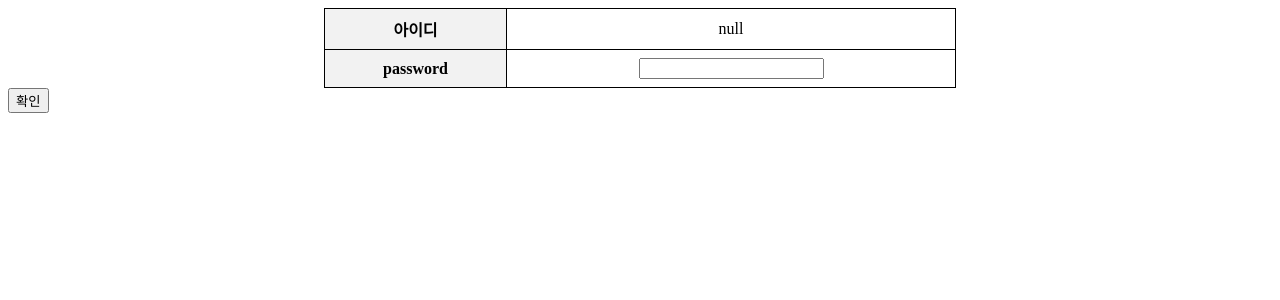
Repository: 2JISUN/hta-lecture-basic
Page: http://localhost/jsp03/info.jsp
An editor plug-in stored every save of this project. The page is shown before and after the next save, followed by the edit.
The browser window is 1280 px wide. The pictures show the whole page.
The page is served by Tomcat 10. Queries for data that is not in the repository find no rows.

Above is the page before, as saved 2023-09-15 05:55:22.

After the next save:
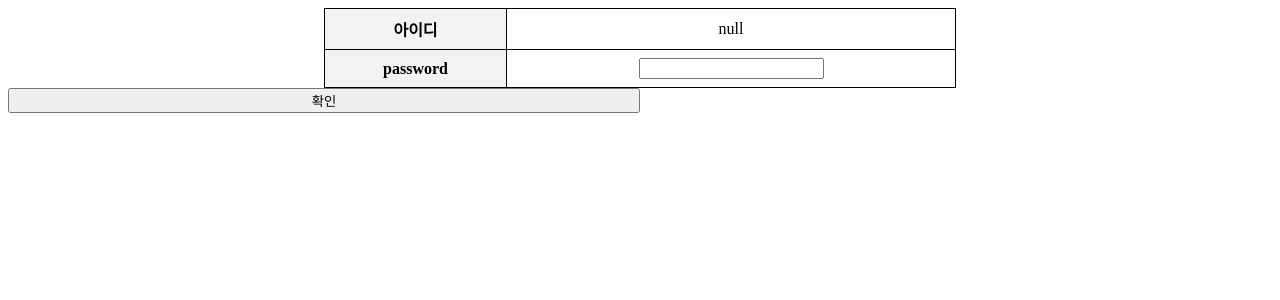
Saved 13 min 15 s later.
--- a/jsp-lecture/jsp03/src/main/webapp/info.jsp
+++ b/jsp-lecture/jsp03/src/main/webapp/info.jsp
@@ -57,6 +57,10 @@
         th {
             background-color: #f2f2f2;
         }
+        button {
+            	width: 50%;
+		margin: auto;
+        }
     </style>
 </head>
 <body>

After the save that followed:
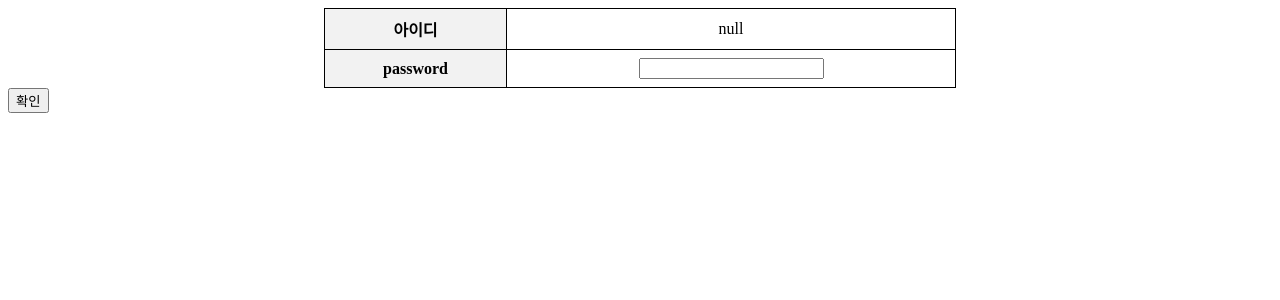
Saved 16 s later.
--- a/jsp-lecture/jsp03/src/main/webapp/info.jsp
+++ b/jsp-lecture/jsp03/src/main/webapp/info.jsp
@@ -58,8 +58,8 @@
             background-color: #f2f2f2;
         }
         button {
-            	width: 50%;
-		margin: auto;
+
+				margin: auto;
         }
     </style>
 </head>
